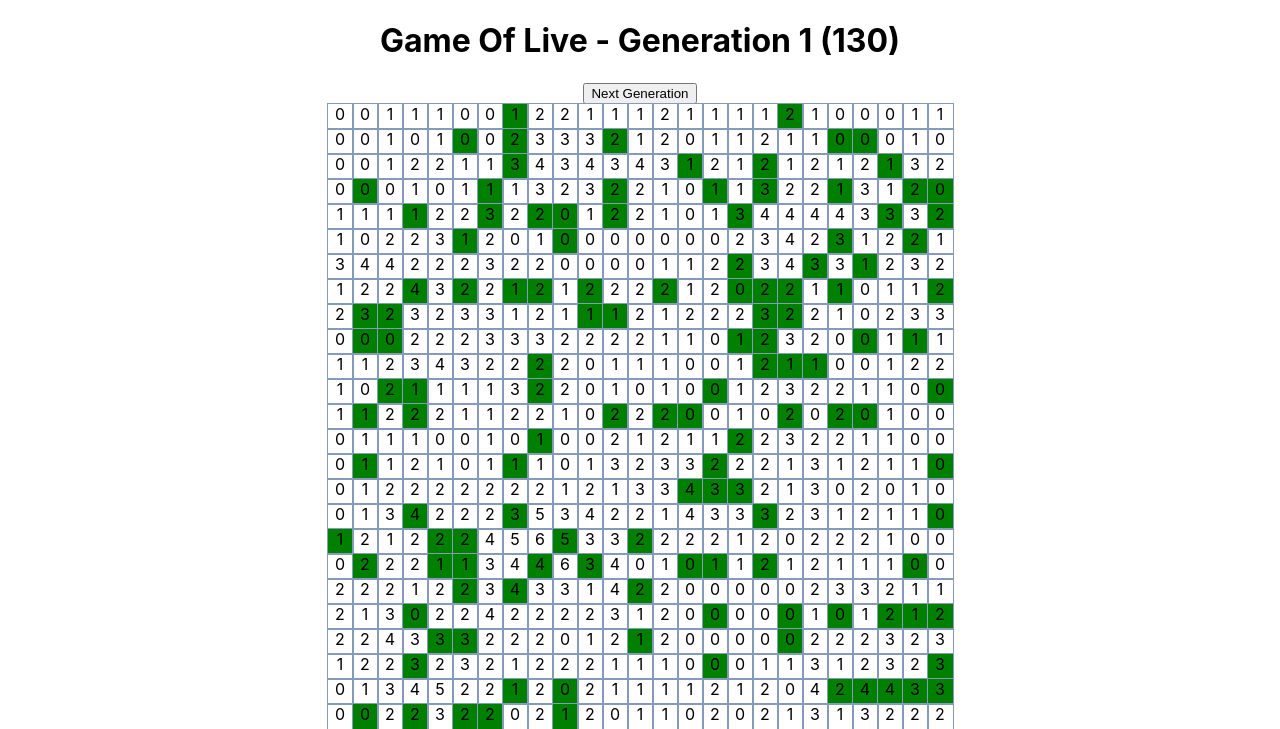
Repository: cfaguilera20/gol
Page: /
The author's editor kept a copy of each file at every save. The page is drawn from the files as they stood at one save, then again after the next save.
The browser window is 1280 px wide. The pictures show the whole page.
The project was rebuilt for these pictures with package versions that can differ from the ones it lists, and the page was loaded fresh each time.

Above is the page before, as saved 2021-07-25 13:45:40.

After the next save:
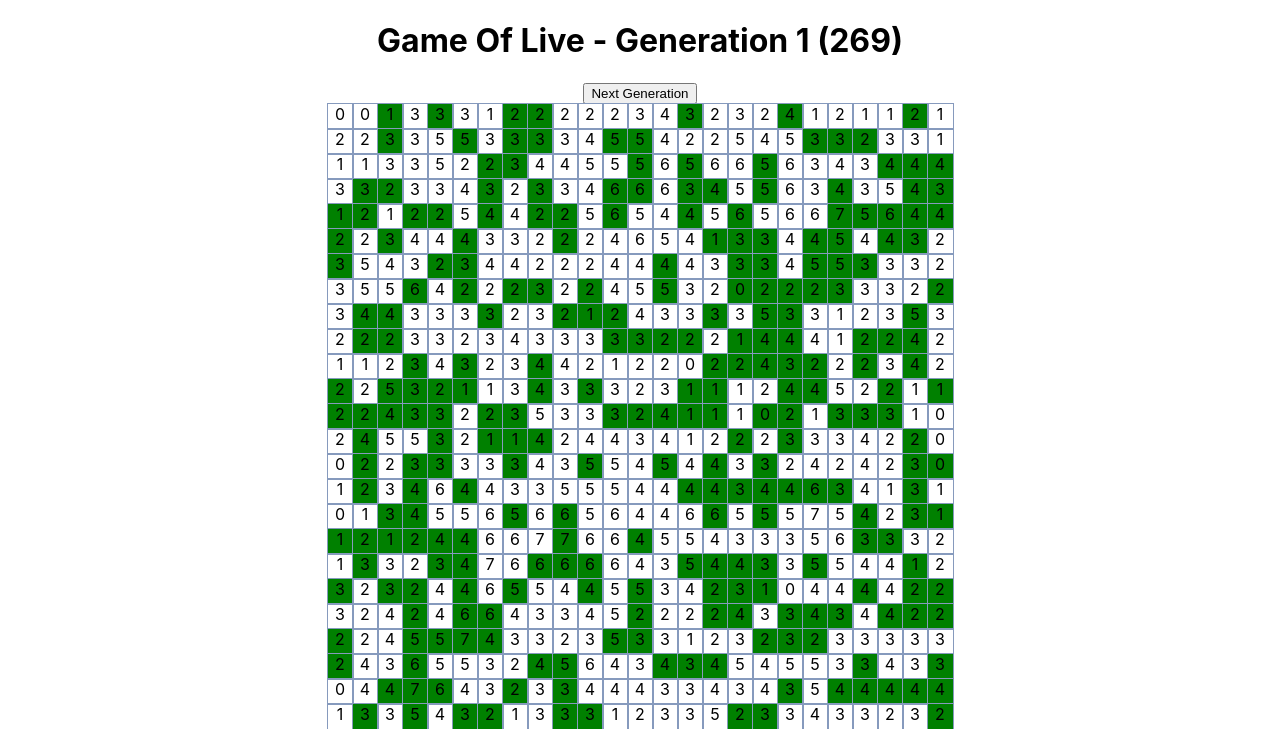
Saved 7 s later.
--- a/src/components/Board.jsx
+++ b/src/components/Board.jsx
@@ -2,7 +2,7 @@ import React, { useState } from 'react';
 import './Board.css';
 
 const WORLD_SIZE = 25;
-const WORLD_POPULATION = 0.25;
+const WORLD_POPULATION = .5;
 
 const Board = (props) => {
     const [world, setWorld] = useState(
